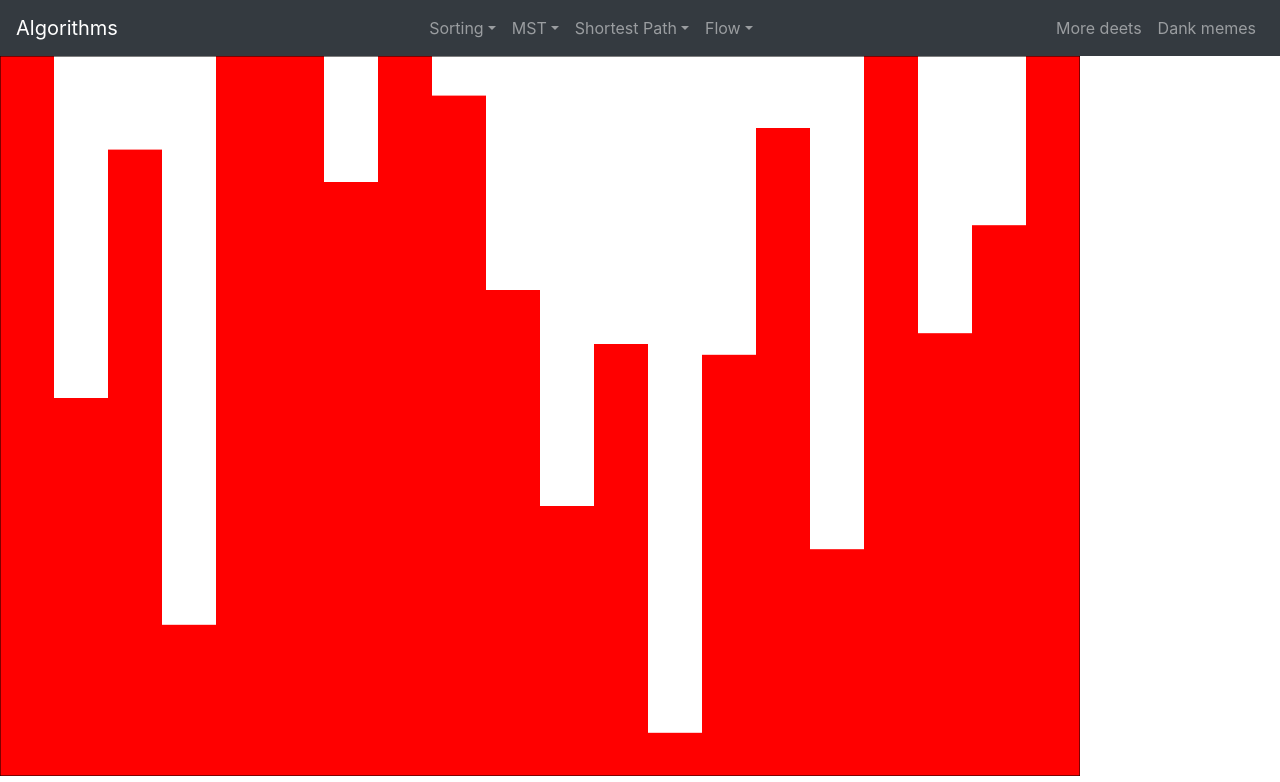
Repository: dkasima1/Algorithm-Visualizations
Page: /
An editor plug-in stored every save of this project. The page is shown before and after the next save, followed by the edit.
The browser window is 1280 px wide. The pictures show the whole page.
The project was rebuilt for these pictures with package versions that can differ from the ones it lists, and the page was loaded fresh each time. Also part of the build but not shown: src/components/Sorting/Bubble_Sort.js.

Above is the page before, as saved 2020-06-29 23:31:58.

After the next save:
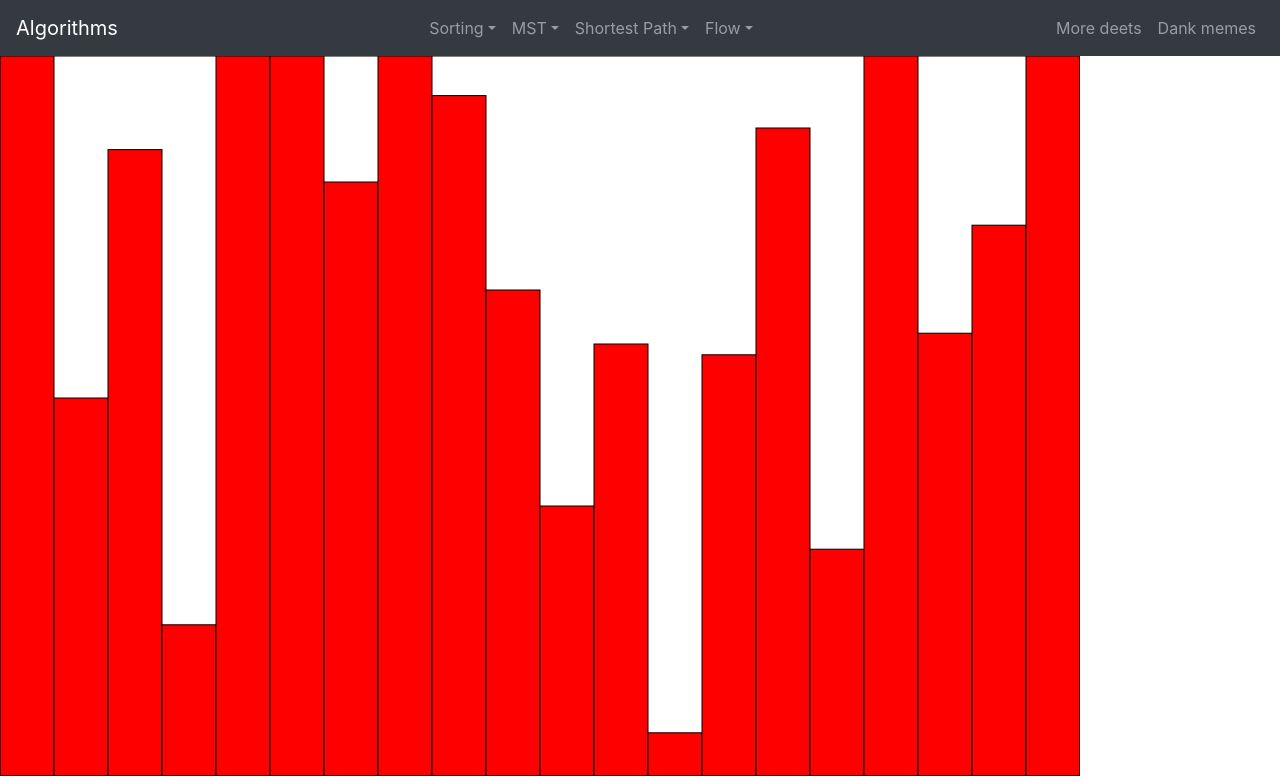
Saved 79 s later.
--- a/src/components/Graph/BarGraph.js
+++ b/src/components/Graph/BarGraph.js
@@ -33,7 +33,7 @@ class Canvas extends React.Component {
         for (let i = 0; i < arr.length; i++) {
             let height = arr[i] * (canvas.width/100);
             ctx.fillRect(posX, canvas.height - height, width, height);
-            ctx.stroke();
+            ctx.strokeRect(posX, canvas.height - height, width, height);
             posX += 54;
         }
 
